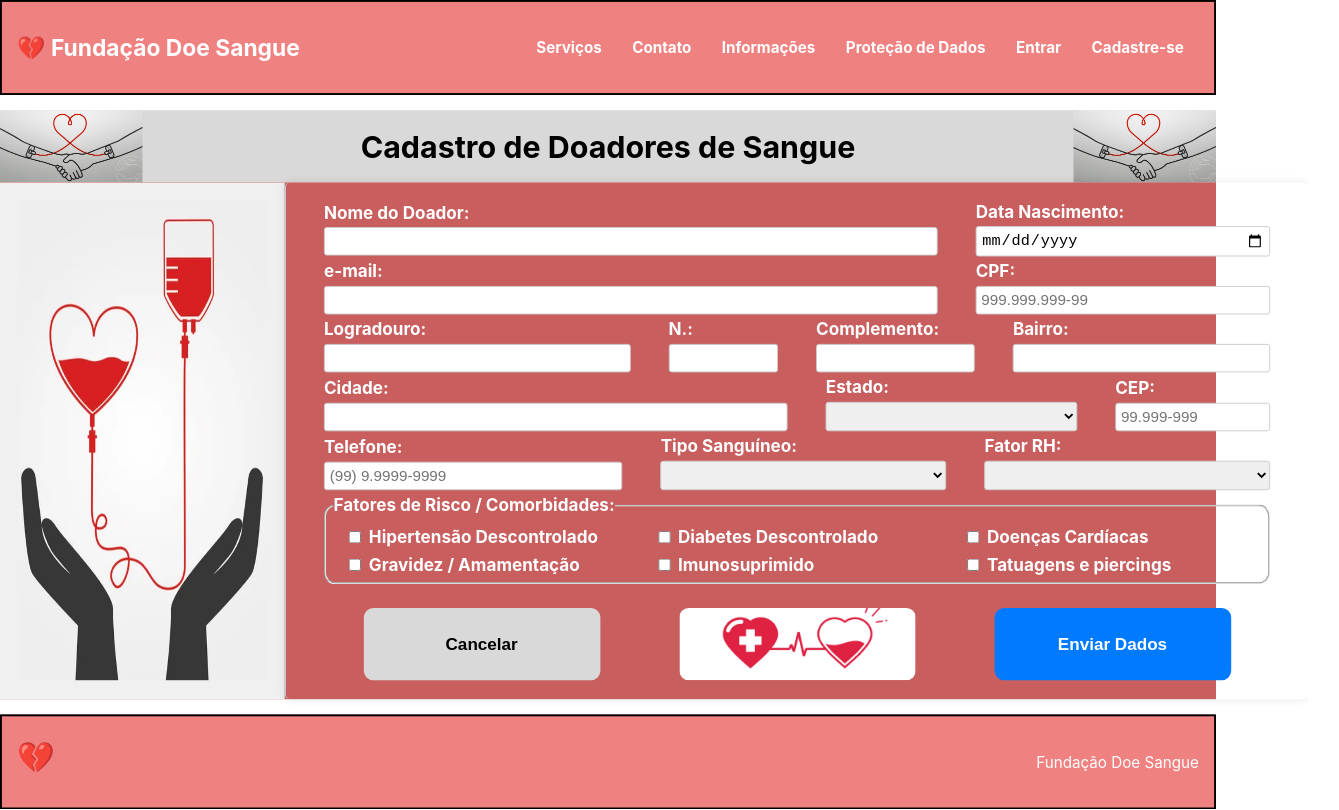
Repository: rodrigototy/doacao-sangue
Page: codigo/cadastro.html
The author's editor kept a copy of each file at every save. The page is drawn from the files as they stood at one save, then again after a run of saves.
The browser window is 1280 px wide. The page is 1377 px wide, then 1409 px, then 1377 px, so the pictures cover 1409 px, including what lies to the right of the window. The pictures show the whole page, at 95% of full size.

Above is the page before, as saved 2023-11-27 00:23:22.

After the next 8 saves:
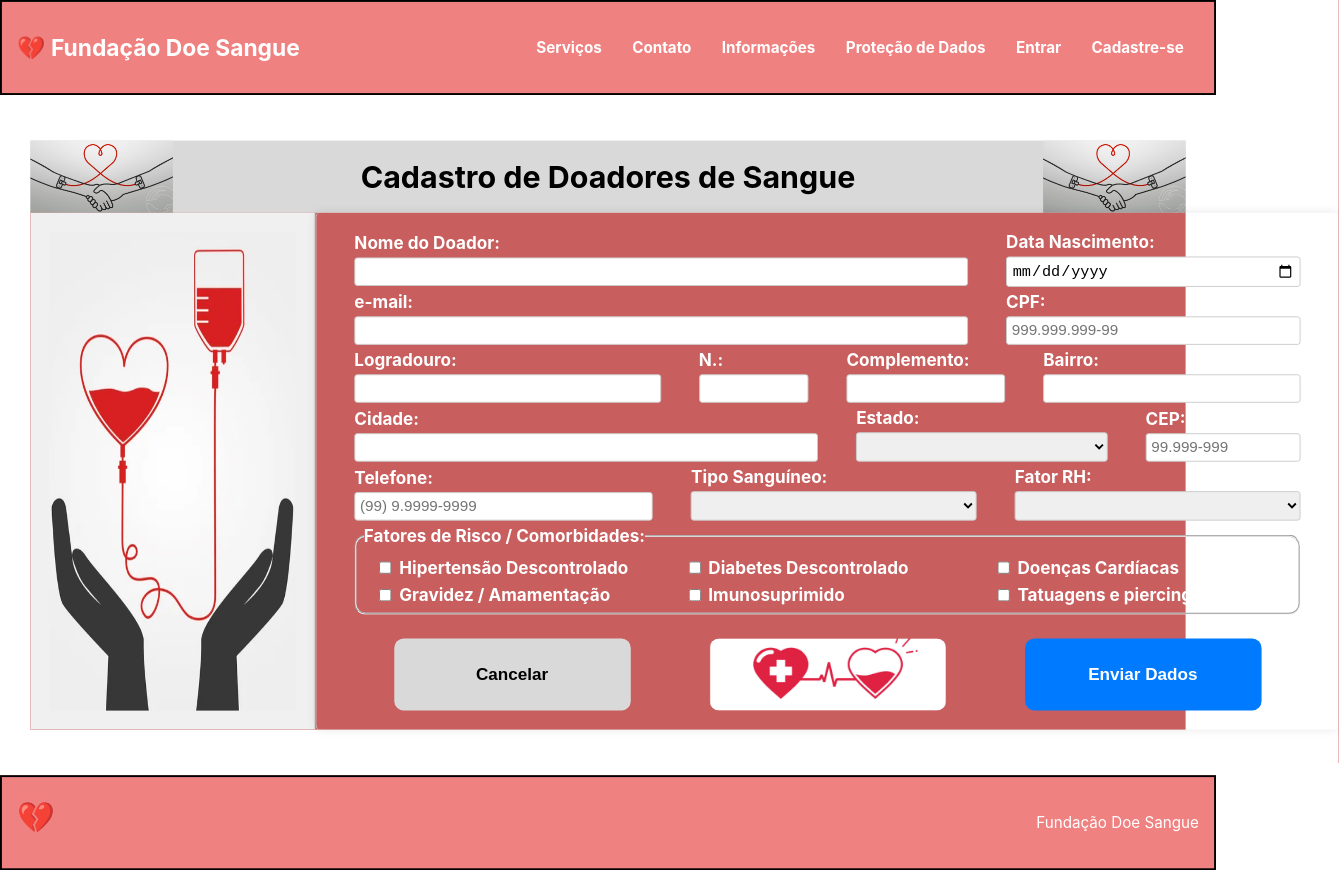
The 8 saves are shown as one change because they came seconds apart.
The last was saved 3 min 56 s later.
--- a/codigo/static/styles/cadastro.css
+++ b/codigo/static/styles/cadastro.css
@@ -37,6 +37,8 @@
 .formulario {
   display: flex;
   flex-direction: column;
+  border-radius: 1rem;
+  padding: 2rem;
 }
 
 .logo {

After the 4 saves that followed:
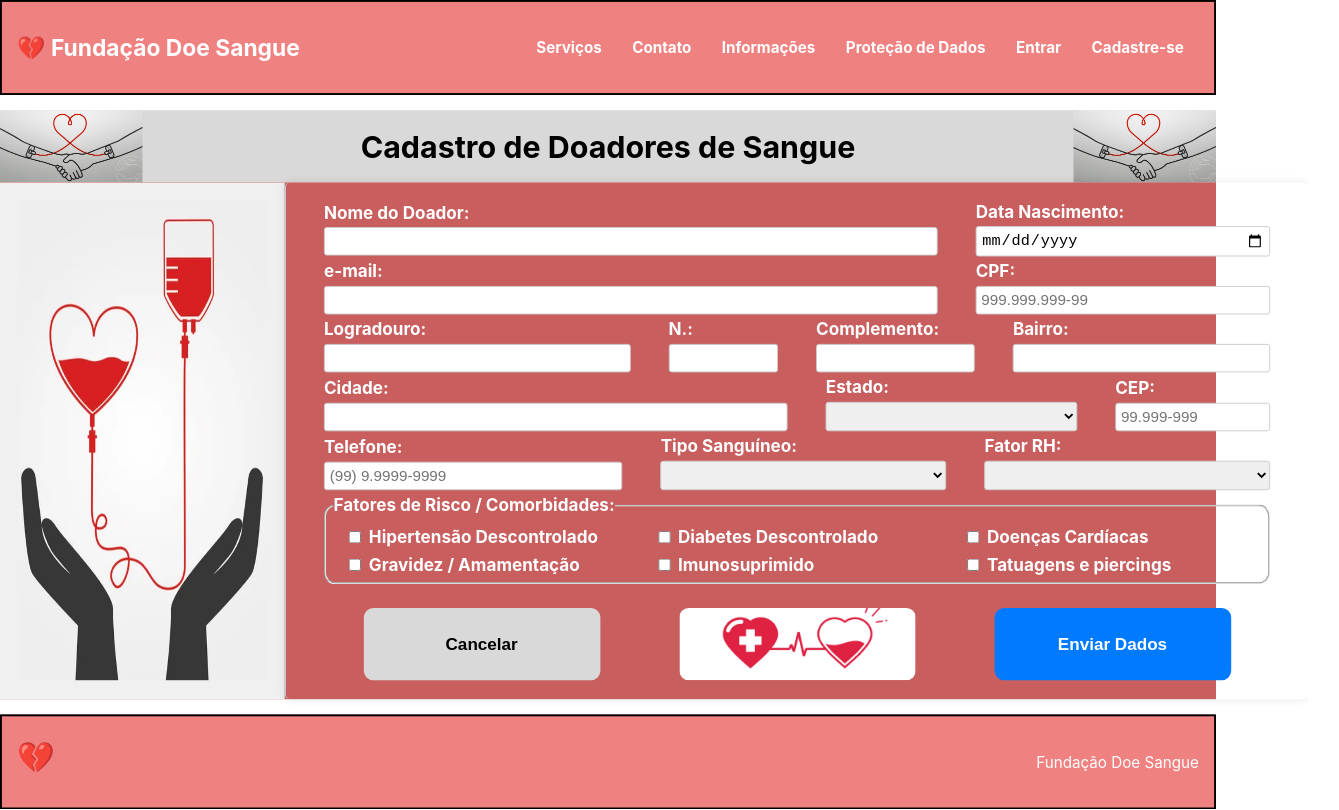
The 4 saves are shown as one change because they came seconds apart.
The last was saved 16 s later.
--- a/codigo/static/styles/cadastro.css
+++ b/codigo/static/styles/cadastro.css
@@ -38,7 +38,7 @@
   display: flex;
   flex-direction: column;
   border-radius: 1rem;
-  padding: 2rem;
+
 }
 
 .logo {
